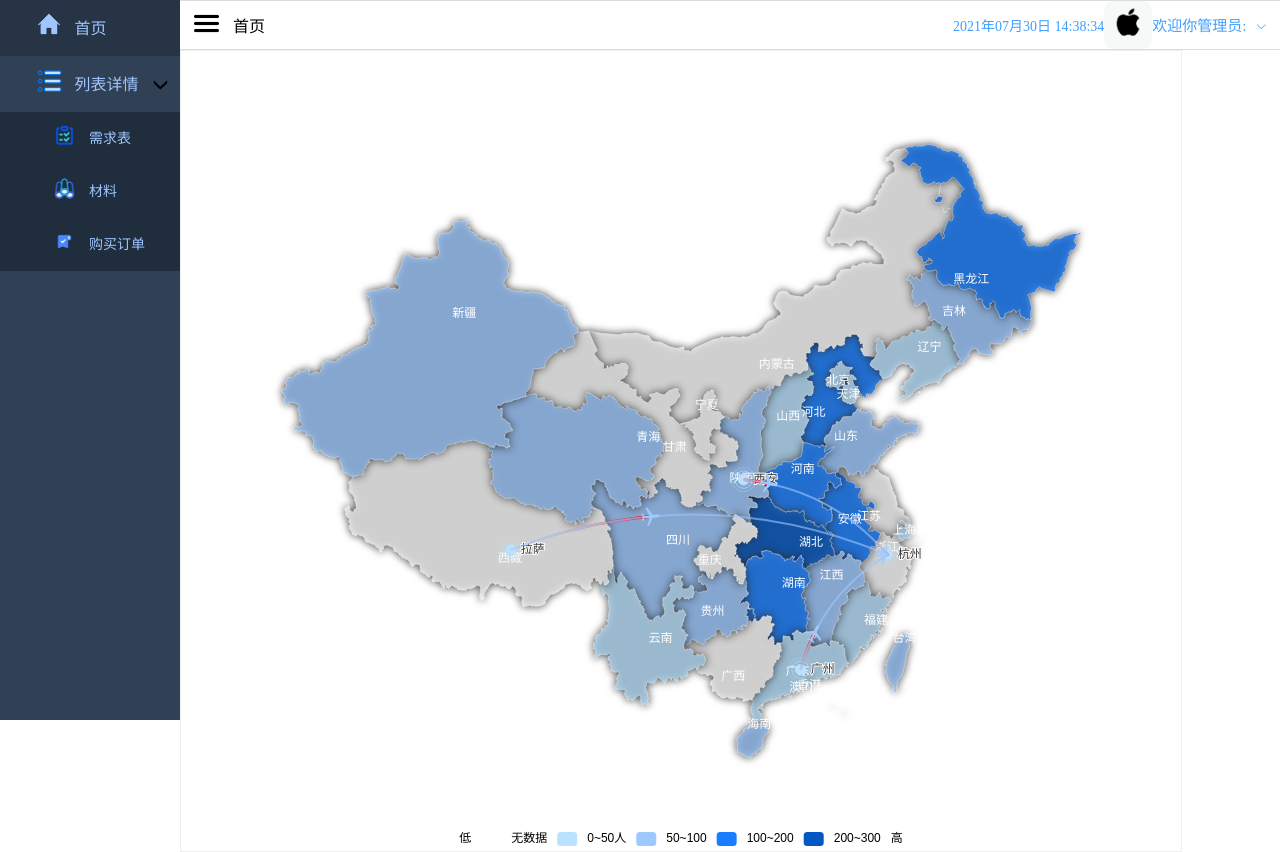
Repository: 572031690/fwwb-proj
Page: /#/home/body
These files come from the project's save history. The page is drawn as it stood at one moment and after the next save; the edit follows.
The browser window is 1280 px wide. The pictures show the whole page.
The project was rebuilt for these pictures with package versions that can differ from the ones it lists, and the page was loaded fresh each time. Also part of the build but not shown: vue.config.js, src/unusercom/EditData.vue, src/components/Adddata.vue, src/view/home/User.vue, src/view/home/Item.vue, src/view/home/Buy.vue, src/components/Test.vue, src/components/ValidateCode.vue and 1 more.

Above is the page before, as saved 2021-08-13 12:48:38.

### public/index.html
<!DOCTYPE html>
<html lang="">
  <head>
    <meta charset="utf-8">
    <meta http-equiv="X-UA-Compatible" content="IE=edge">
    <meta name="viewport" content="width=device-width,initial-scale=1.0">
    <link rel="icon" href="<%= BASE_URL %>favicon.ico">
    <title><%= htmlWebpackPlugin.options.title %></title>
    <!-- 配置jquery -->
    <!-- <script src="http://ajax.googleapis.com/ajax/libs/jquery/1.8.0/jquery.min.js"></script> -->
     <!-- 百度的适口 -->
     <meta name="viewport" content="width=device-width,minimum-scale=1.0,maximum-scale=1.0,user-scalable=no">
     <!-- 搜索框 -->
     <meta http-equiv="X-UA-Compatible" content="IE=edge">
    <meta name="viewport" content="width=device-width, initial-scale=1.0">
    <link href="http://cdn.bootcss.com/font-awesome/4.7.0/css/font-awesome.min.css" rel="stylesheet">
  </head>
  <body>
    <noscript>
      <strong>We're sorry but <%= htmlWebpackPlugin.options.title %> doesn't work properly without JavaScript enabled. Please enable it to continue.</strong>
    </noscript>
    <div id="app"></div>
    <!-- built files will be auto injected -->
  </body>
</html>

### src/App.vue
<template>
  <div id="app" >
	  		<!-- <v-login></v-login> -->
			<router-view ></router-view>
	</div>
</template>

<script>

export default {
  data () {
    	return {

    	}
  	},
  	methods: {

  	},
  components: {
  },
  mounted () {
    this.$router.push({ path: 'login' }) // 页面跳转
  }
}

</script>

<style>

</style>

### src/assets/CSS/basic.css
a {
        text-decoration: none;
}

* {
        padding: 0;
        margin: 0;
}

html, body {
        height: 100%;
}

### src/view/home/HomeWel.vue
<template>
  <div>
    <!-- <div class="welcomehome" ref="welcomehome">
                欢迎管理员回来！
        </div> -->
    <div
      ref="map_ref"
      style="width: 1000px;height:800px;background-color:white;border: 1px solid #eee;"
    ></div>
  </div>
</template>
<script>
export default {
  data() {
    return {
      mapData: {}, // 所获取的省份地图矢量数据缓存
      chartInstance: null
    };
  },
  mounted() {
    this.getMap();
  },
  methods: {
    async getMap() {
      var airData = [
        { name: "北京", value: 39.92, count: 35 },
        { name: "天津", value: 39.13, count: 35 },
        { name: "上海", value: 31.22, count: 35 },
        { name: "重庆", value: 0, count: 35 },
        { name: "河北", value: 147, count: 35 },
        { name: "河南", value: 113, count: 35 },
        { name: "云南", value: 25.04, count: 35 },
        { name: "辽宁", value: 50, count: 35 },
        { name: "黑龙江", value: 114, count: 35 },
        { name: "湖南", value: 175, count: 35 },
        { name: "安徽", value: 117, count: 35 },
        { name: "山东", value: 92, count: 35 },
        { name: "新疆", value: 84, count: 35 },
        { name: "江苏", value: 0, count: 35 },
        { name: "浙江", value: 0, count: 35 },
        { name: "江西", value: 96, count: 35 },
        { name: "湖北", value: 273, count: 35 },
        { name: "广西", value: 0, count: 35 },
        { name: "甘肃", value: 0, count: 35 },
        { name: "山西", value: 39, count: 35 },
        { name: "内蒙古", value: 0, count: 35 },
        { name: "陕西", value: 61, count: 35 },
        { name: "吉林", value: 51, count: 35 },
        { name: "福建", value: 29, count: 35 },
        { name: "贵州", value: 71, count: 35 },
        { name: "广东", value: 38, count: 35 },
        { name: "青海", value: 57, count: 35 },
        { name: "西藏", value: 0, count: 35 },
        { name: "四川", value: 58, count: 35 },
        { name: "宁夏", value: 0, count: 35 },
        { name: "海南", value: 54, count: 35 },
        { name: "台湾", value: 88, count: 35 },
        { name: "香港", value: 66, count: 35 },
        { name: "澳门", value: 77, count: 35 },
        { name: "南海诸岛", value: 0, count: 35 }
      ];
      var labelFormatter = [
        { name: "杭州", matter: "公司总部：杭州钢材科技公司" },
        { name: "拉萨", matter: "钢材公司1" },
        { name: "广州", matter: "钢材公司2" },
        { name: "西安", matter: "钢材公司3" }
      ];

      var lineSc = [
        {
          coords: [
            [91.1865, 30.1465],
            [120.213042, 29.86119]
          ],
          fromName: "拉萨",
          toName: "杭州",
          value: 100
        },
        {
          coords: [
            [113.5107, 23.2196],
            [120.213042, 29.86119]
          ],
          fromName: "广州",
          toName: "杭州",
          value: 100
        },
        {
          coords: [
            [109.1162, 34.2004],
            [120.213042, 29.86119]
          ],
          fromName: "西安",
          toName: "杭州",
          value: 100
        }
      ];
      var planePath =
        "path://M1705.06,1318.313v-89.254l-319.9-221.799l0.073-208.063c0.521-84.662-26.629-121.796-63.961-121.491c-37.332-0.305-64.482,36.829-63.961,121.491l0.073,208.063l-319.9,221.799v89.254l330.343-157.288l12.238,241.308l-134.449,92.931l0.531,42.034l175.125-42.917l175.125,42.917l0.531-42.034l-134.449-92.931l12.238-241.308L1705.06,1318.313z";
      // 基于准备好的dom，初始化echarts实例
      this.chartInstance = this.$echarts.init(this.$refs.map_ref, this.theme);
      const ret = await this.$ajax.get(
        "http://localhost:8080/static/map/china.json"
      ); // 获得地图数据
      this.$echarts.registerMap("chinaMap", ret.data); // 注册map数据
      // 绘制图表
      const setOption = {
        tooltip: {
          // 鼠标一上去的信息框
          trigger: "item"
        },
        geo: {
          type: "map",
          map: "chinaMap", // chinaMap需要和registerMap中的第一个参数保持一致
          roam: true, // 设置允许缩放以及拖动的效果
          label: {
            show: true, // 展示标签
            textStyle: {
              fontSize: 12,
              textWeight: 900,
              color: "white"
            }
          },
          itemStyle: {
            normal: {
              areaColor: "#416cbb", // 地图区域的颜色。
              borderColor: "#fff", // 图形的描边颜色。支持的颜色格式同 color，不支持回调函数。
              shadowColor: "black", // 阴影颜色。#41587f
              shadowBlur: 8, // 图形阴影的模糊大小。
              opacity: 0.75 // 图形透明度
            },
            emphasis: {
              areaColor: "#fdd145"
            }
          }
        },
        series: [
          {
            // 地图数据
            data: airData,
            geoIndex: 0, // 将空气质量的数据和第0个geo配置关联在一起
            type: "map",
            tooltip: {
              textStyle: {
                fontSize: 10
              },
              // 利用formatter来自定义tooltip展示的数据
              formatter: function(params, ticket, callback) {
                if (params.value) {
                  return (
                    params.name +
                    "<br/>成交量：" +
                    params.value +
                    "单<br/>" +
                    "平均标签价格：" +
                    airData[params.dataIndex].count +
                    "元<br/>"
                  );
                } else {
                  callback();
                }
              }
            }
          },
          {
            // 动态红线
            name: " 杭州 Top3",
            type: "lines",
            zlevel: 1, // zlevel 大的 Canvas 会放在 zlevel 小的 Canvas 的上面。
            effect: {
              show: true,
              period: 4, // 动画的快慢
              trailLength: 0.7, // 红线的宽度
              color: "red", // arrow箭头的颜色
              symbolSize: 3 // 红线的宽度
            },
            lineStyle: {
              // color: 'red',
              width: 0,
              curveness: 0.2 // 弯曲度
            },
            data: lineSc
          },
          {
            // 箭头线
            name: " 杭州 Top3",
            type: "lines",
            zlevel: 2,
            symbol: ["none", "arrow"],
            symbolSize: 10, // 设置箭头的大小
            effect: {
              show: true,
              period: 4,
              trailLength: 0, // 红线的宽度 设置为零只显示飞机
              symbol: planePath,
              symbolSize: 18
            },
            lineStyle: {
              normal: {
                // color: 'black',
                width: 2,
                opacity: 0.6,
                curveness: 0.2
              }
            },
            data: lineSc,
            tooltip: {
              // 利用formatter来自定义tooltip展示的数据
              formatter: function(params, ticket, callback) {
                console.log(params);
                return (
                  params.data.fromName +
                  "采购：<br/> 木材：" +
                  params.data.value +
                  "万吨"
                );
              }
            }
          },
          {
            // 散点数据
            name: "杭州",
            data: [
              [120.213042, 29.86119],
              [91.1865, 30.1465],
              [113.5107, 23.2196],
              [109.1162, 34.2004]
            ], // 配置散点的坐标数据
            type: "effectScatter",
            coordinateSystem: "geo", // 指明散点使用的坐标系统  geo的坐标系统
            rippleEffect: {
              scale: 3, // 设置涟漪动画的缩放比例
              brushType: "stroke"
            },
            label: {
              normal: {
                show: true,
                position: "right",
                formatter: function(params, ticket, callback) {
                  return labelFormatter[params.dataIndex].name;
                }
              }
            },
            tooltip: {
              textStyle: {
                fontSize: 10
              },
              // 利用formatter来自定义tooltip展示的数据
              formatter: function(params, ticket, callback) {
                return labelFormatter[params.dataIndex].matter;
              }
            }
          }
        ],
        visualMap: {
          type: "piecewise", // 分层
          min: 0,
          max: 300,
          text: ["高", "低"], // 两端的文本，如 ['High', 'Low']
          showLabel: true, // 是否显示每项的文本标签
          orient: "horizontal", // 图例排列方向 水平horizontal 垂直vertical
          left: "center",
          textStyle: {
            // 设置文字颜色（Demo左下组件）
            color: "black",
            fontSize: 12
          },
          pieces: [
            // 自定义『分段式视觉映射组件（visualMapPiecewise）』的每一段的范围，以及每一段的文字，以及每一段的特别的样式
            { gt: 200, lte: 300, label: "200~300", color: "#0357C2" }, // (500, 900]
            { gt: 100, lte: 200, label: "100~200", color: "#187EFF" }, // (310, 500]
            { gt: 50, lte: 100, label: "50~100", color: "#9DC9FF" }, // (200, 300]
            { gt: 0, lte: 50, label: "0~50人", color: "#B8E2FF" }, // (10, 200]
            { value: 0, label: "无数据", color: "#fff" } // [0]
          ]

          // calculable: true // 出现滑块
        }
      };
      this.chartInstance.setOption(setOption);
    }
  }
};
</script>
<style scoped>
.welcomehome {
  line-height: 500px;
  text-align: center;
  font-size: 80px;
  color: #409eff;
}
</style>

### src/components/login.vue
<template lang="">
    <div>

    </div>
</template>
<script>
export default {
  data () {
    return {

    }
  },
  mounted () {
    this.$router.push({ path: 'homewel' }) // 页面跳转
  }
}
</script>

### src/components/Drawer.vue
<template>
  <div>
    <el-drawer
      title="审批信息"
      :before-close="handleClose"
      :visible.sync="dialog"
      direction="rtl"
      custom-class="demo-drawer"
      ref="drawer"
      size="30%"
    >
      <div class="drawerStyle">
        <el-form :model="form" label-width="120px">
          <div class="topstatus">
            <el-steps
              :space="200"
              :active="form.uptype"
              finish-status="success"
            >
              <el-step title="已提交"></el-step>
              <el-step title="审核"></el-step>
              <el-step title="通过"></el-step>
            </el-steps>
          </div>
          <el-form-item label="编号ID" prop="needid">
            <el-input
              type="age"
              v-model.number="form.needid"
              auto-complete="off"
              style="width: 300px"
              disabled
            ></el-input>
          </el-form-item>
          <el-form-item label="需求单名" prop="needtitle">
            <el-input
              v-model="form.needtitle"
              style="width: 300px"
              disabled
            ></el-input>
          </el-form-item>
          <el-form-item label="类型" prop="itemtype">
            <el-input
              v-model="form.needtitle"
              style="width: 200px"
              disabled
            ></el-input>
          </el-form-item>
          <el-form-item label="类型ID" prop="itemid">
            <el-input
              v-model="form.needtitle"
              style="width: 200px"
              disabled
            ></el-input>
          </el-form-item>
          <el-form-item label="数量" prop="neednum">
            <el-input-number
              v-model="form.neednum"
              label="描述文字"
              disabled
            ></el-input-number>
          </el-form-item>
          <el-form-item label="需求日期" prop="needday">
            <el-col :span="11">
              <el-date-picker
                type="date"
                placeholder="选择日期"
                v-model="form.needday"
                style="width: 150px"
                disabled
              ></el-date-picker>
            </el-col>
            <el-col class="line" :span="2">-</el-col>
          </el-form-item>
          <el-form-item label="负责人部门编号" prop="neederid">
            <el-input
              type="age"
              v-model="form.neederid"
              auto-complete="off"
              style="width: 300px"
              disabled
            ></el-input>
          </el-form-item>
          <el-form-item label="详情" prop="comment">
            <el-input
              type="textarea"
              v-model.number="form.comment"
              auto-complete="off"
              style="width: 300px"
              disabled
            ></el-input>
          </el-form-item>
        </el-form>

        <div style="width:400px;margin-left:40px;">
          <h3>审批详情</h3>
          <hr />
          <br />
          <div class="block">
            <el-timeline>
              <el-timeline-item
                v-for="(item, key) in list"
                :icon="item.icon"
                :color="item.color"
                size="large"
                :key="key"
                :timestamp="item.time"
                placement="top"
              >
                <el-card>
                  <span style="font-weight:bold;">{{ item.top }}</span
                  ><span v-show="item.auther"> 审批人：{{ item.auther }}</span>
                  <br />
                  <span v-show="item.upname"> 提交人：{{ item.upname }}</span>
                  <p v-show="item.text">审批意见：{{ item.text }}</p>
                  <!-- <el-button type="danger" @click="deletedata(key)"
                    >删除</el-button -->
                </el-card>
              </el-timeline-item>
            </el-timeline>
            <!-- <el-button type="danger" @click="add()">添加</el-button> -->
          </div>
        </div>
        <div class="demo-drawer__footer">
          <el-button @click="cancelForm">关 闭</el-button>
          <el-button
            v-show="form.uptype==2"
            type="primary"
            @click="upData()"
            :loading="loading"
            >{{ loading ? "提交中 ..." : "再次提交" }}</el-button
          >
        </div>
      </div>
    </el-drawer>
  </div>
</template>

<script>
export default {
  props: ['listIn'],
  mounted () {
    this.msg()
    this.$parent.drawerClose(1)
  },
  computed: {},
  components: {},
  data () {
    return {
      dialog: false,
      loading: false,
      timer: null,
      // 时间线
      list: [
        {
          id: '1',
          time: '7/28 11:40',
          top: '提交申请',
          upname: '莫恩康',
          text: '',
          icon: '',
          color: ''
        },
        {
          id: '2',
          time: '7/28 11:40',
          top: '通过',
          auther: '马家辉',
          upname: '莫恩康',
          text:
            '这次可以的加油这次可以的加油这次可以的加油这次可以的加油这次可以的加油',
          icon: 'el-icon-check',
          color: '#0bbd87'
        },
        {
          id: '3',
          time: '7/28 11:40',
          top: '驳回',
          auther: '马家辉',
          upname: '莫恩康',
          text: '王小虎 提交于 2018/4/3 20:46',
          icon: 'el-icon-close',
          color: 'red'
        }
      ],
      form: {
        needid: '25',
        needtitle: '数据表',
        itemtype: '对',
        itemid: '156',
        neednum: '25000',
        needday: '2019/5/6',
        neederid: '156',
        comment: '458',
        uptype: 2
      },
      // 进度步骤条
      active: 0
    }
  },
  methods: {
    upData () {
      if (this.loading) {
        return
      }
      this.$confirm('确定要提交表单吗？')
        .then(_ => {
          this.loading = true
          this.timer = setTimeout(() => {
            // this.$store.commit('ChangeDraw')
            this.dialog = !this.dialog
            // 动画关闭需要一定的时间
            setTimeout(() => {
              this.loading = false
            }, 300)
          }, 300)
        })
        .catch(_ => {})
    },
    handleClose (done) {
      // if (this.loading) {
      //   return
      // }
      // this.$confirm('确定要提交表单吗？')
      //   .then(_ => {
      //     this.loading = true
      //     this.timer = setTimeout(() => {
      //       // this.$store.commit('ChangeDraw')
      this.dialog = !this.dialog
      //       // 动画关闭需要一定的时间
      //       setTimeout(() => {
      //         this.loading = false
      //       }, 300)
      //     }, 300)
      //   })
      //   .catch(_ => {})
      // this.$emit('close', 1)
    },
    cancelForm () {
      this.loading = false
      // this.$store.commit('ChangeDraw')
      this.dialog = !this.dialog

      clearTimeout(this.timer)
    },
    msg () {
      console.log(this.listIn, 'draw输出')
    },
    getFatherData () {
      setTimeout(() => { this.form = this.listIn }, 0) // props得到数据会有延迟所以得这样设置
    },
    showDraw () {
      this.dialog = !this.dialog
    }
  }
}
</script>

<style scoped>
.drawerStyle {
  padding: 10px 25px;
  overflow: auto;
  height: 850px;
}
.topstatus {
  margin-left: 80px;
  margin-bottom: 30px;
}
.demo-drawer__footer {
  text-align: center;
}
</style>

Loaded but not shown: src/plugins/element.js (common file); public/static/map/china.json (common file); src/router/index.js (63 lines, source omitted); src/assets/data/homeRouter.js (72 lines, source omitted); src/main.js (21 lines, source omitted); src/store/index.js (26 lines, source omitted); src/view/home/Body.vue (1023 lines, source omitted); src/view/Login.vue (731 lines, source omitted); src/view/Home.vue (496 lines, source omitted)

After the next save:
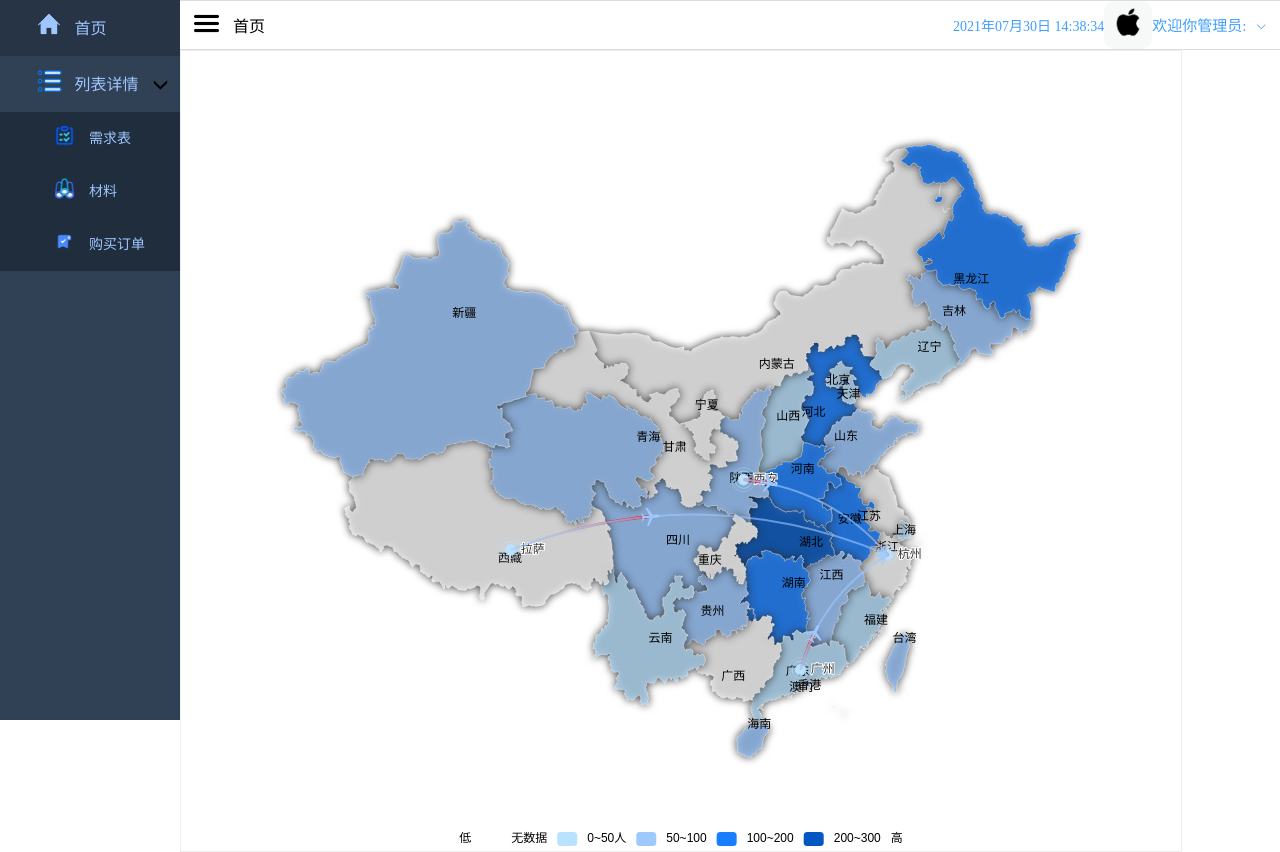
Saved 28 s later.
--- a/src/view/home/HomeWel.vue
+++ b/src/view/home/HomeWel.vue
@@ -118,7 +118,7 @@ export default {
             textStyle: {
               fontSize: 12,
               textWeight: 900,
-              color: "white"
+              color: "black"
             }
           },
           itemStyle: {
@@ -175,7 +175,6 @@ export default {
               symbolSize: 3 // 红线的宽度
             },
             lineStyle: {
-              // color: 'red',
               width: 0,
               curveness: 0.2 // 弯曲度
             },
